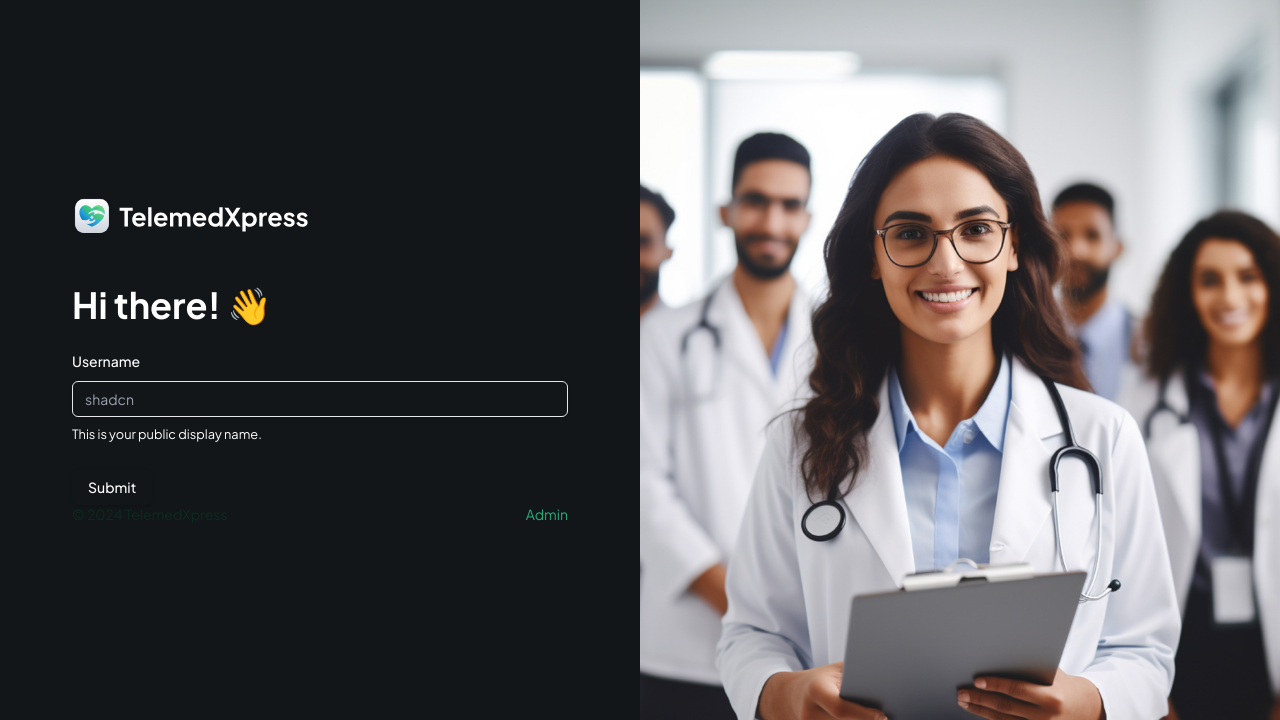
Repository: Carlito-Pedida/telemed
Page: /
These files come from the project's save history. The page is drawn as it stood at one moment and after the next save; the edit follows.
The browser window is 1280 px wide. The pictures show the whole page.
The project was rebuilt for these pictures with package versions that can differ from the ones it lists, and the page was loaded fresh each time. The framework's server and built-in components were replaced by stand-ins that run in the browser. Also part of the build but not shown: next.config.mjs.

Above is the page before, as saved 2024-11-04 16:53:08.

After the next save:
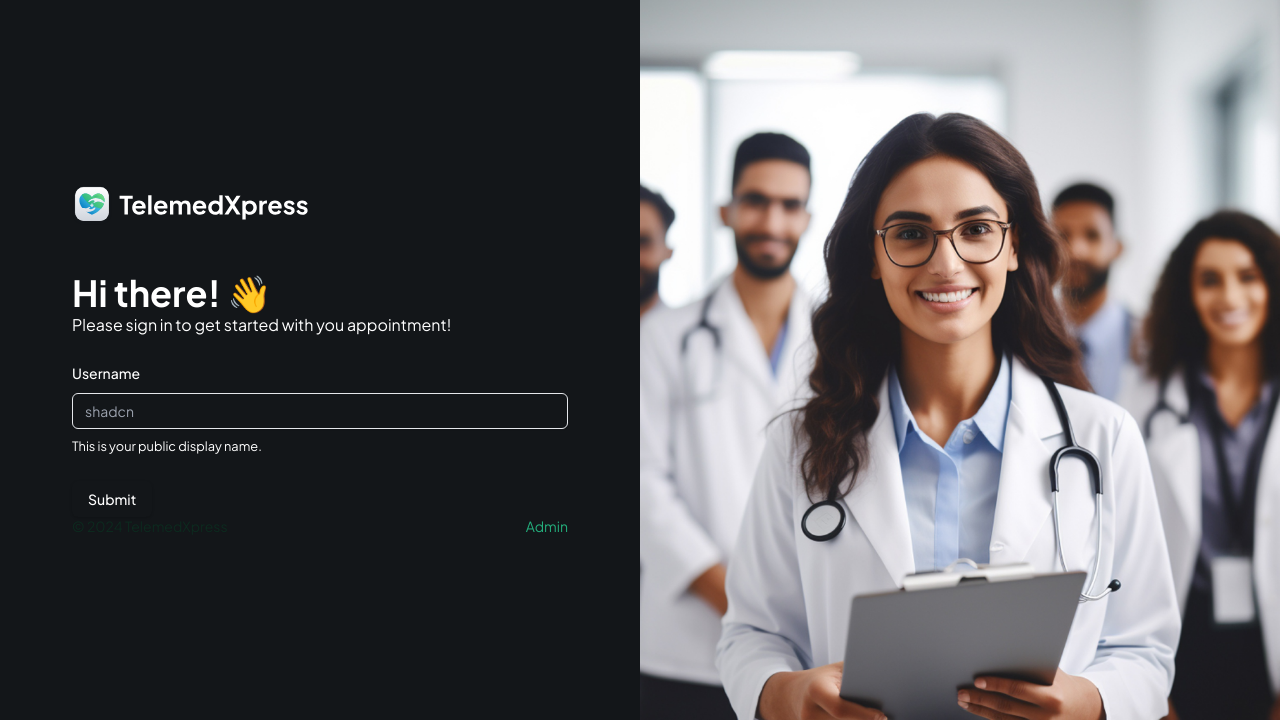
Saved 60 s later.
--- a/components/forms/PatientForm.tsx
+++ b/components/forms/PatientForm.tsx
@@ -44,7 +44,7 @@ const PatientForm = () => {
         >
           <section>
             <h1 className="header">Hi there! 👋 </h1>
-            <p></p>
+            <p>Please sign in to get started with you appointment!</p>
           </section>
           <FormField
             control={form.control}
